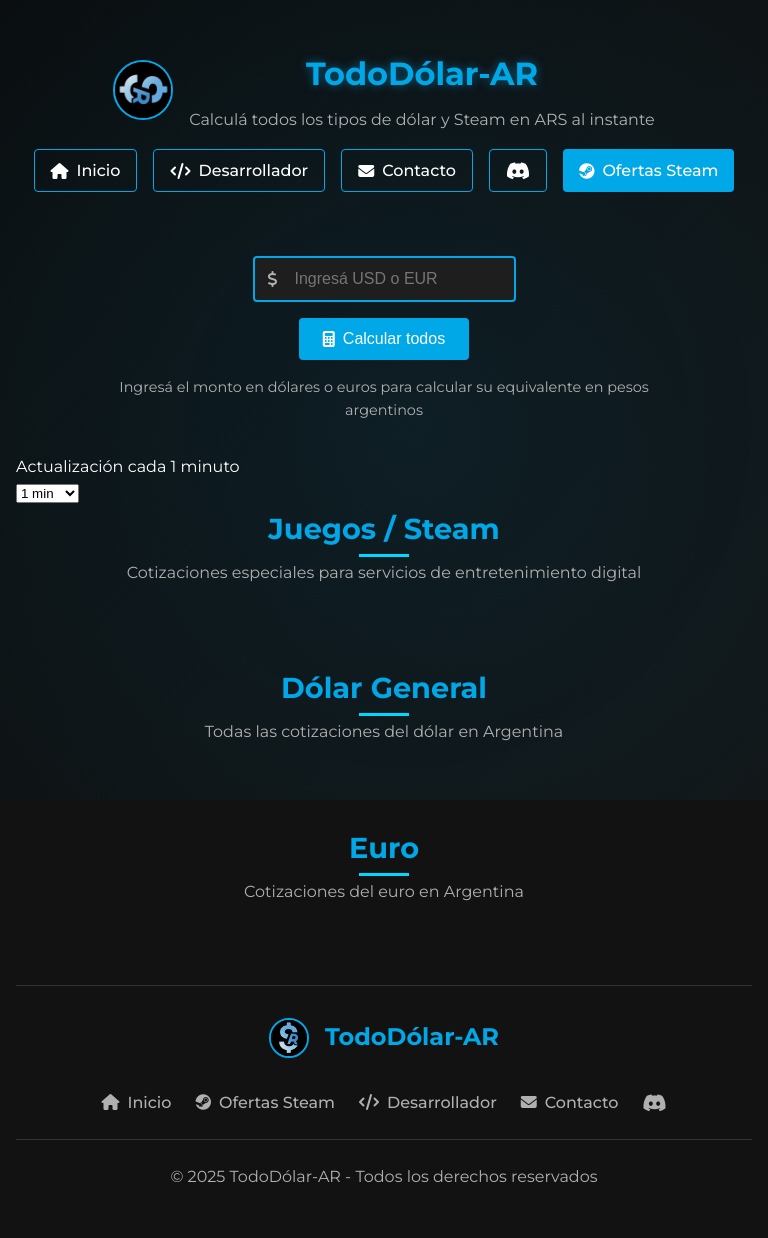
Repository: FabriDevelope/todod-lar-ar
Page: inicio/index.html
These files come from the project's save history. The page is drawn as it stood at one moment and after the next save; the edit follows.
The browser window is 768 px wide. The pictures show the whole page.
The page's requests for data from a server got no answer.

Above is the page before, as saved 2025-09-06 22:47:03.

After the next save:
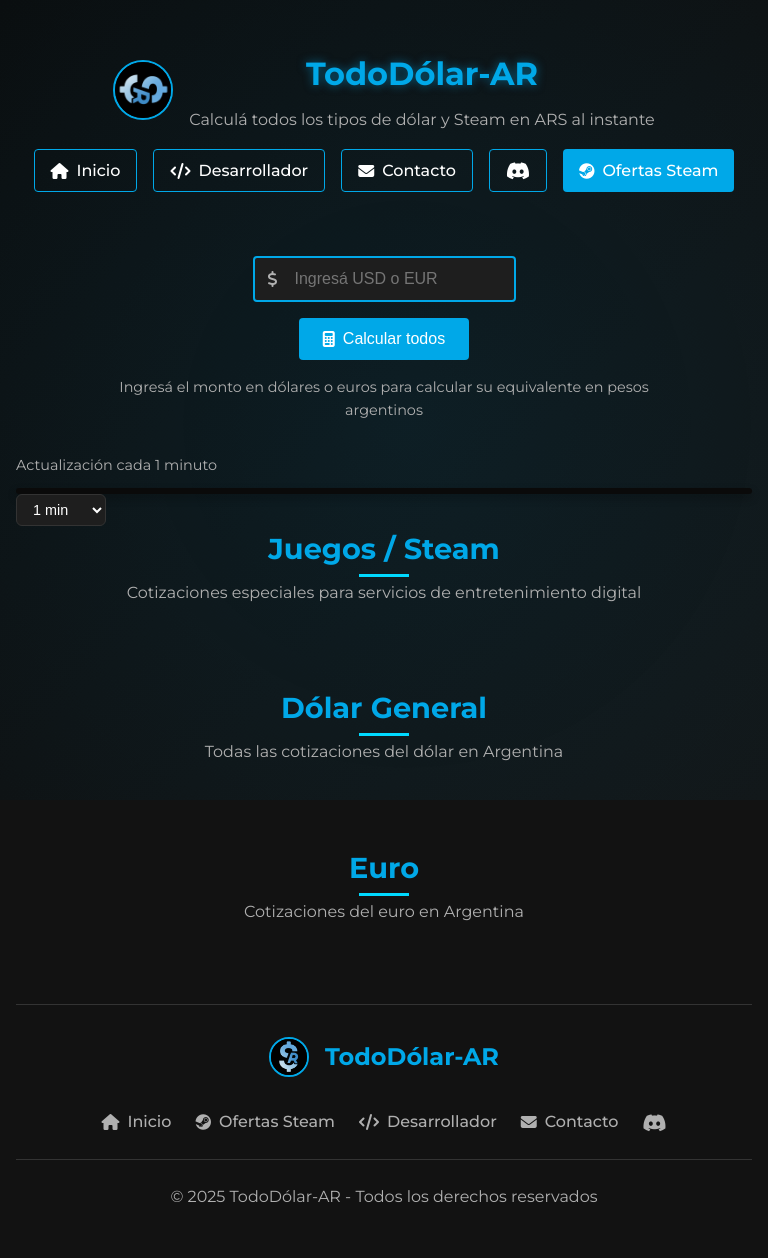
Saved 67 s later.
--- a/css/style.css
+++ b/css/style.css
@@ -763,4 +763,67 @@
     .contact-container {
         flex-direction: column;
     }
-}
+
+    /* Barra de progreso de actualización */
+#update-bar-container {
+    width: 100%;
+    height: 6px;
+    background-color: var(--darker-bg);
+    border-radius: 3px;
+    overflow: hidden;
+    margin-top: 10px;
+    box-shadow: var(--shadow);
+}
+
+#update-bar {
+    height: 100%;
+    width: 0%;
+    background: linear-gradient(90deg, var(--accent-color), var(--primary-color));
+    transition: width 0.1s linear;
+}
+
+/* Texto del tiempo de actualización */
+#update-text {
+    font-size: 0.9rem;
+    color: var(--medium-text);
+    margin-bottom: 8px;
+}
+
+/* Dropdown selector de intervalo */
+#update-interval-select {
+    background-color: var(--card-bg);
+    color: var(--light-text);
+    border: 1px solid var(--border-color);
+    padding: 6px 12px;
+    border-radius: 6px;
+    outline: none;
+    font-size: 0.9rem;
+    cursor: pointer;
+    transition: var(--transition);
+}
+
+#update-interval-select:hover {
+    box-shadow: var(--hover-shadow);
+}
+
+#update-interval-select:focus {
+    border-color: var(--accent-color);
+    box-shadow: 0 0 8px var(--accent-color);
+}
+
+/* Opciones del dropdown */
+#update-interval-select option {
+    background-color: var(--card-bg);
+    color: var(--light-text);
+}
+
+/* Ajustes generales para el contenedor de actualización */
+#update-container {
+    display: flex;
+    align-items: center;
+    gap: 12px;
+    flex-wrap: wrap;
+    margin-bottom: 12px;
+}
+
+}
